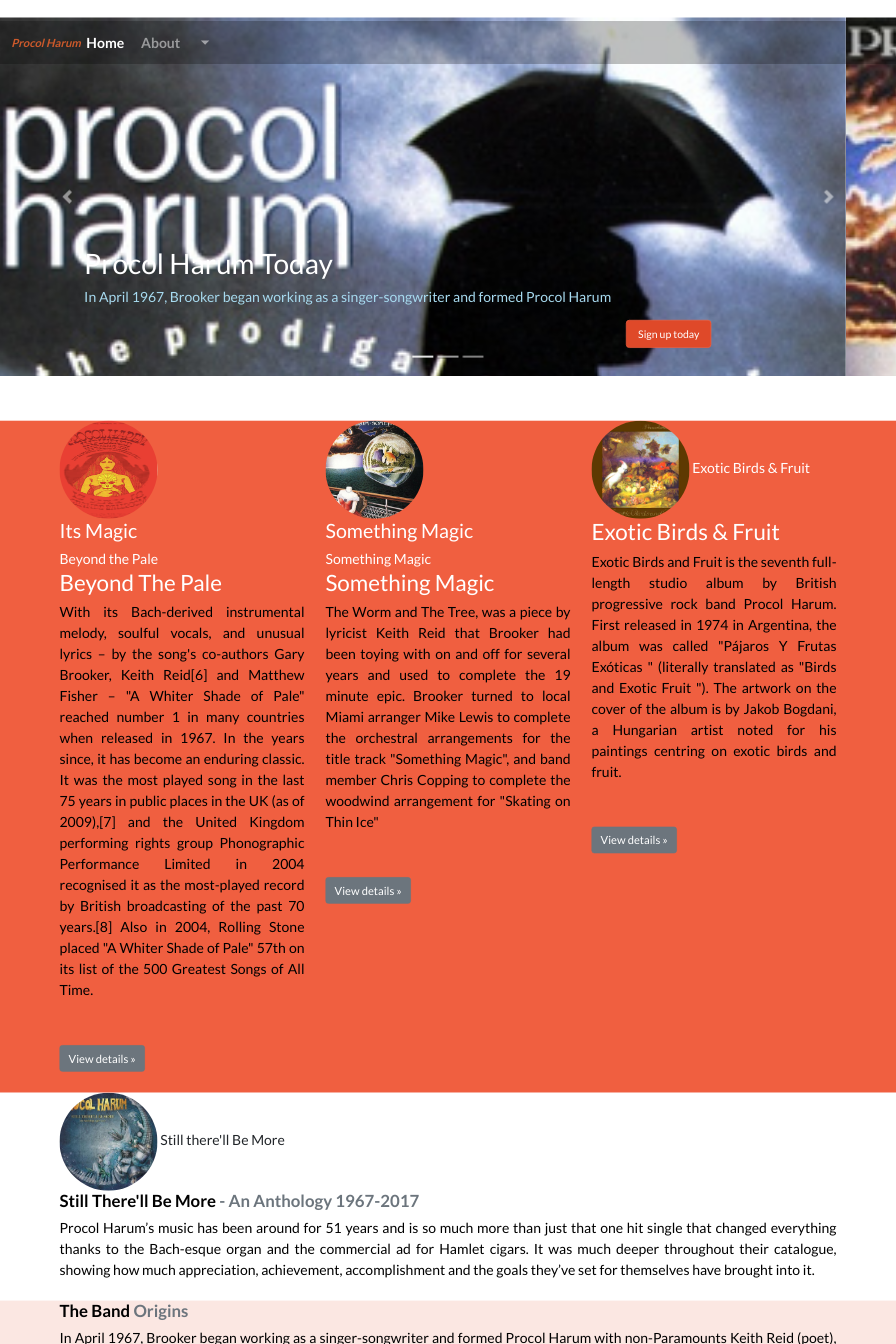
Repository: SOliv1/procol-harum-beyond-the-pale
Page: gallery.html
The author's editor kept a record of every edit. The page is drawn from the files as they stood at one moment, then again after the next edit.
The browser window is 1280 px wide. The pictures show the part of the page from y = 0 to 1920 px (the page is 2761 px tall), at 70% of full size.
Some icons come from a web library that is not loaded, so they are not drawn. Some web libraries are served in a nearby version.

Above is the page before.

After the next edit:
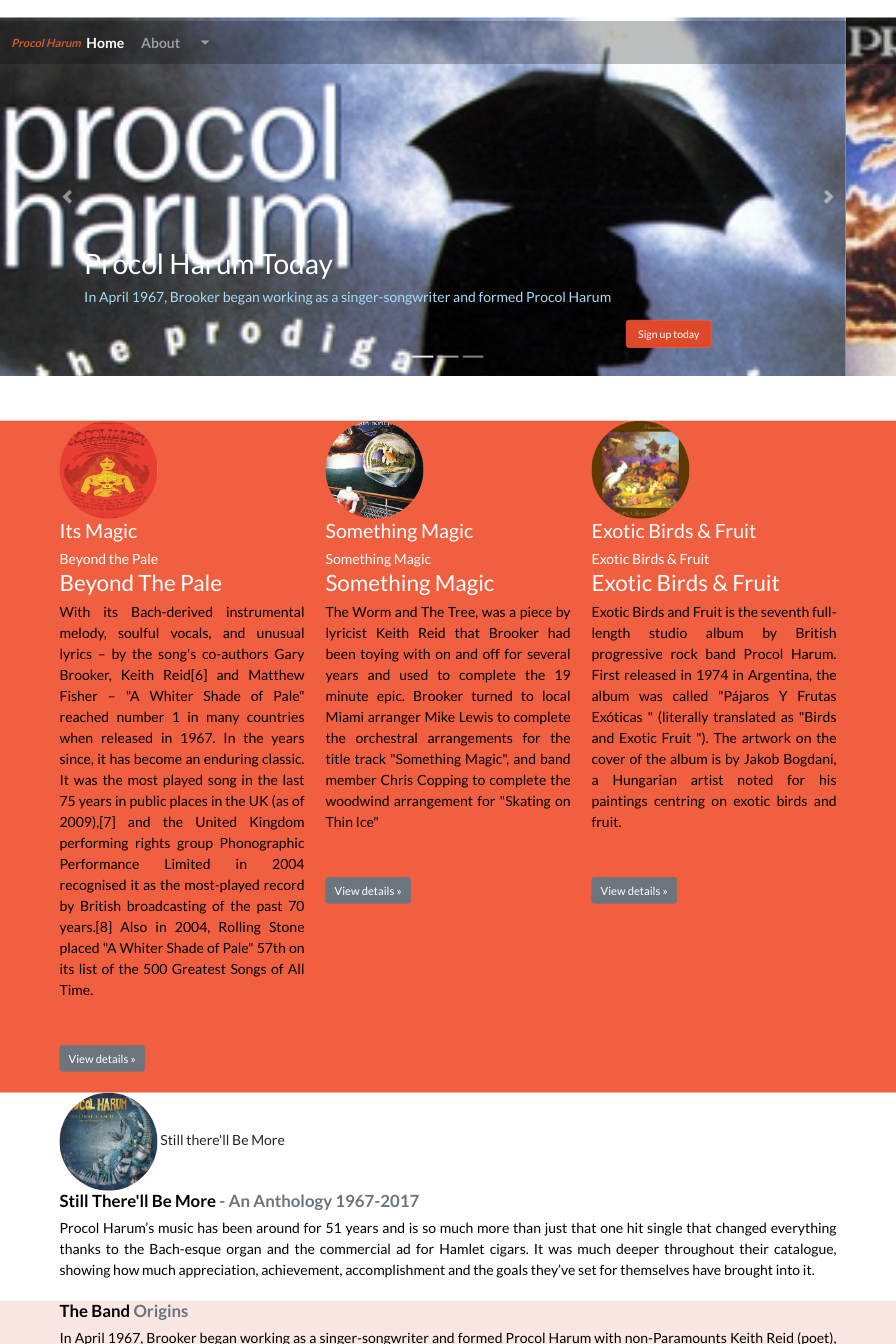
The edit:
--- a/gallery.html
+++ b/gallery.html
@@ -153,7 +153,7 @@
                         <div class="col-lg-4">
                             <img src="assets/images/exoticb.jpg" alt="exotic-birds-fruit" class="rounded-circle" width="140" height="140" xmlns="https://upload.wikimedia.org/wikipedia/en/b/b9/Procol_Harum_Exotic_birds_and_fruit.jpg " preserveAspectRatio="xMidYMid slice " focusable="false " role="img
                                 " aria-label="Placeholder: 140x140">
-                            <title>Exotic Birds &amp Fruit</title>
+                            <h3>Exotic Birds &amp Fruit</h3>
                             <rect width="100%" height="100%" fill="#777" /><text x="50%" y="50%" fill="#777" dy=".3em ">Exotic Birds &amp Fruit</text></svg>
                             <h2>Exotic Birds &amp; Fruit</h2>
                             <p class="carousel">Exotic Birds and Fruit is the seventh full-length studio album by British progressive rock band Procol Harum. First released in 1974 in Argentina, the album was called "Pájaros Y Frutas Exóticas " (literally translated as "Birds
